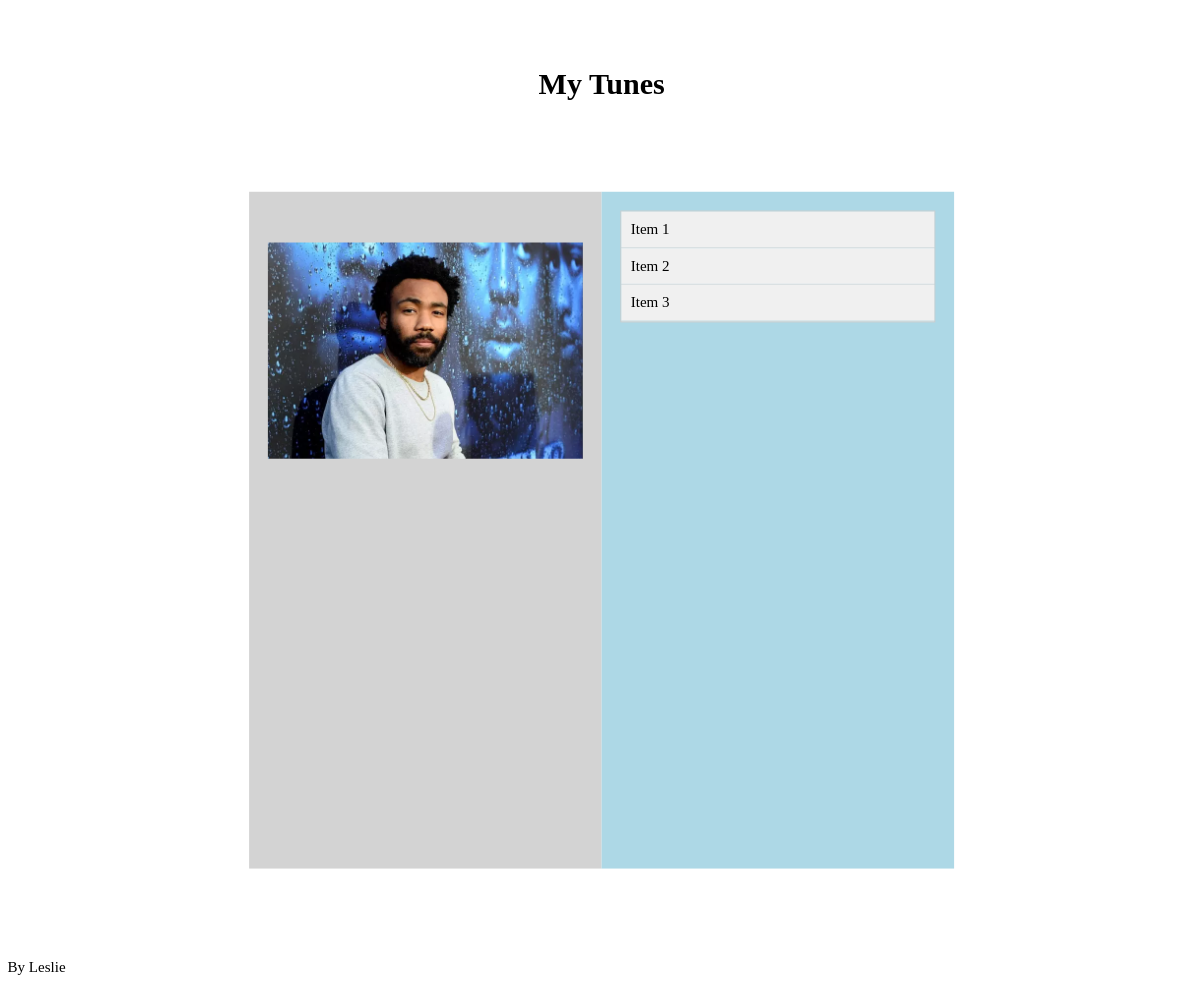
Repository: leslie179/labOne
Page: /
These files come from the project's save history. The page is drawn as it stood at one moment and after the next save; the edit follows.
The browser window is 1280 px wide. The pictures show the whole page, at 94% of full size.
The project was rebuilt for these pictures with package versions that can differ from the ones it lists, and the page was loaded fresh each time. The framework's server and built-in components were replaced by stand-ins that run in the browser. Also part of the build but not shown: next.config.js, components/Footer/Footer.module.css.

Above is the page before, as saved 2024-09-15 21:49:21.

After the next save:
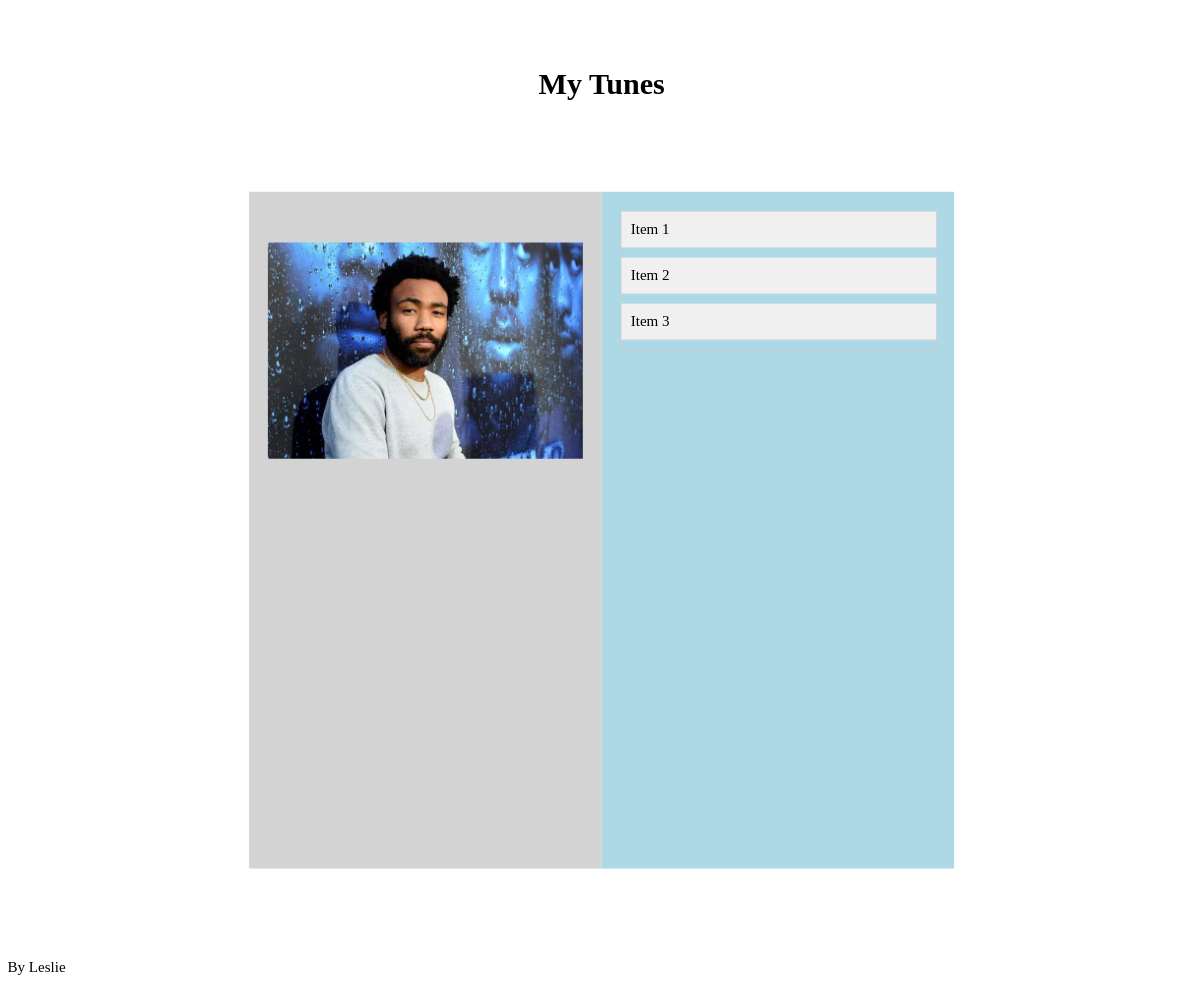
Saved 6 s later.
--- a/components/RightComponent/RightComponent.module.css
+++ b/components/RightComponent/RightComponent.module.css
@@ -6,13 +6,14 @@
     height: 100vh;
     float: right;
 }
-
 .accordion {
     border: 1px solid #ccc;
+    width: 100%;
 }
 
 .item {
     border-bottom: 1px solid #ddd;
+    margin-bottom: 10px;
 }
 
 .title {
@@ -24,9 +25,9 @@
 .content {
     max-height: 0;
     overflow: hidden;
-    transition: max-height 0.2s ease-out;
+    transition: max-height 0.3s ease-out;
 }
 
 .show {
-    max-height: 100px;
+    max-height: 100px; /* Adjust height based on content */
 }
